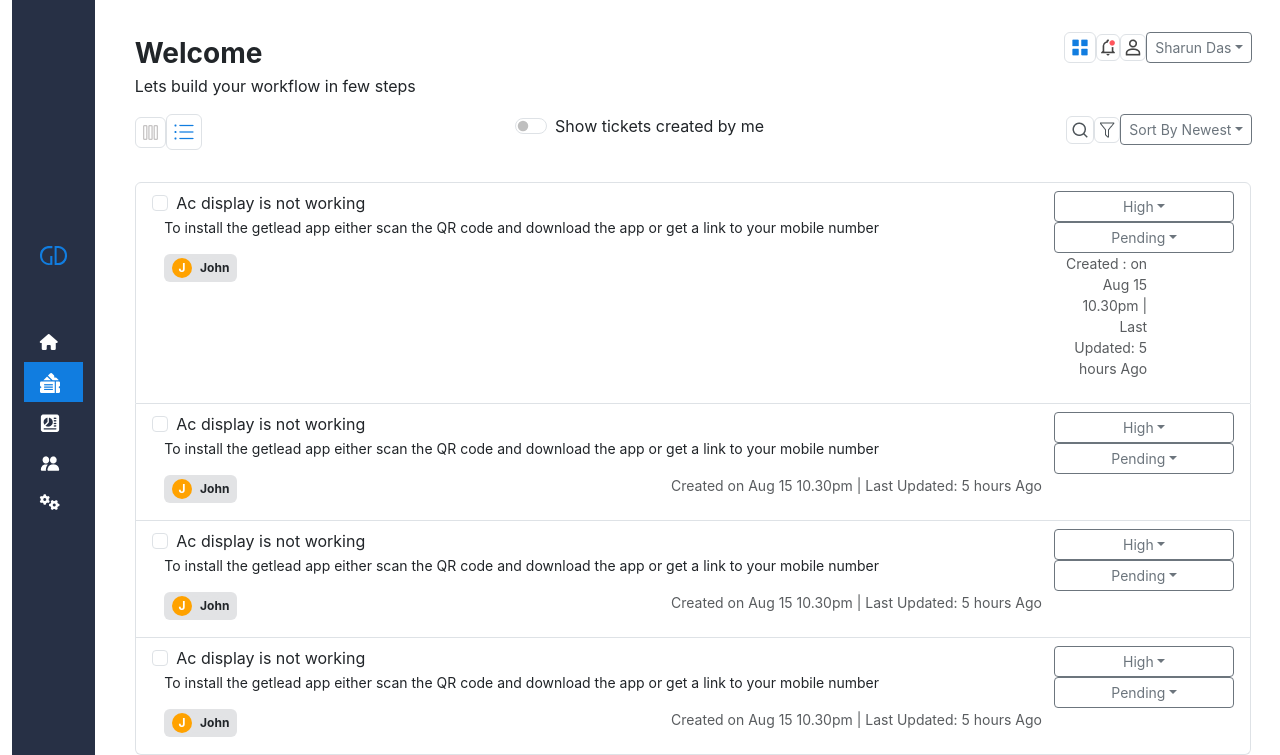
Repository: rishikarajeev/GL_HelpDesk
Page: /showtickets
The author's editor kept a copy of each file at every save. The page is drawn from the files as they stood at one save, then again after a run of saves.
The browser window is 1280 px wide. The pictures show the whole page.
The project was rebuilt for these pictures with package versions that can differ from the ones it lists, and the page was loaded fresh each time. Also part of the build but not shown: src/App.css, src/Pages/HomePage.jsx.

Above is the page before, as saved 2024-01-09 14:53:36.

### public/index.html
<!DOCTYPE html>
<html lang="en">
  <head>
    <meta charset="utf-8" />
    <link rel="icon" href="%PUBLIC_URL%/favicon.ico" />
    <meta name="viewport" content="width=device-width, initial-scale=1" />
    <meta name="theme-color" content="#000000" />
    <meta
      name="description"
      content="Web site created using create-react-app"
    />
    <link rel="apple-touch-icon" href="%PUBLIC_URL%/logo192.png" />
    <link href="https://cdn.jsdelivr.net/npm/bootstrap@5.3.2/dist/css/bootstrap.min.css" rel="stylesheet" integrity="sha384-T3c6CoIi6uLrA9TneNEoa7RxnatzjcDSCmG1MXxSR1GAsXEV/Dwwykc2MPK8M2HN" crossorigin="anonymous">
   <script src="https://cdn.jsdelivr.net/npm/bootstrap@5.3.2/dist/js/bootstrap.bundle.min.js" integrity="sha384-C6RzsynM9kWDrMNeT87bh95OGNyZPhcTNXj1NW7RuBCsyN/o0jlpcV8Qyq46cDfL" crossorigin="anonymous"></script>

   <!--
      manifest.json provides metadata used when your web app is installed on a
      user's mobile device or desktop. See https://developers.google.com/web/fundamentals/web-app-manifest/
    -->
    <link rel="manifest" href="%PUBLIC_URL%/manifest.json" />
    <!--
      Notice the use of %PUBLIC_URL% in the tags above.
      It will be replaced with the URL of the `public` folder during the build.
      Only files inside the `public` folder can be referenced from the HTML.

      Unlike "/favicon.ico" or "favicon.ico", "%PUBLIC_URL%/favicon.ico" will
      work correctly both with client-side routing and a non-root public URL.
      Learn how to configure a non-root public URL by running `npm run build`.
    -->
    <title>React App</title>
  </head>
  <body>
    <noscript>You need to enable JavaScript to run this app.</noscript>
    <div id="root"></div>
    <!--
      This HTML file is a template.
      If you open it directly in the browser, you will see an empty page.

      You can add webfonts, meta tags, or analytics to this file.
      The build step will place the bundled scripts into the <body> tag.

      To begin the development, run `npm start` or `yarn start`.
      To create a production bundle, use `npm run build` or `yarn build`.
    -->
  </body>
</html>

### src/index.js
import React from "react";
import ReactDOM from "react-dom/client";
import "./index.css";
import App from "./App";
import reportWebVitals from "./reportWebVitals";


const root = ReactDOM.createRoot(document.getElementById("root"));
root.render(<App />);

// If you want to start measuring performance in your app, pass a function
// to log results (for example: reportWebVitals(console.log))
// or send to an analytics endpoint. Learn more: https://bit.ly/CRA-vitals
reportWebVitals();

### src/App.js
import logo from "./logo.svg";
import "./App.css";

import { BrowserRouter,Route,Routes } from "react-router-dom";
import ViewTickets from "./Pages/ViewTickets";
import HomePage from "./Pages/HomePage";
import SideBar from "./Components/SideBar";
import { Container, Row, Col } from "react-bootstrap";
import Header from "./Components/Header";


function App() {
  return (
    <BrowserRouter>
<Container fluid>
     <Row>
          <Col xl={1} >
            <SideBar />
            </Col>
            <Col xl={11}>
            <Header/>
            <Routes>
              <Route path="/" element={<HomePage />}></Route>
              <Route path="/showtickets" element={<ViewTickets />}></Route>
            </Routes>
            </Col>



         </Row>
       </Container>


    </BrowserRouter>
  );
}

export default App;

### src/Pages/ViewTickets.jsx
import React from "react";

import "../Assets/Css/Styles.css";
import UserBadge from "../Components/UserBadge";
import Header from "../Components/Header";

function ViewTickets() {
  const userName = "John";

  return (

    <div className="container bg-white ">

    <ol className="list-group">
      <li className="list-group-item d-flex justify-content-between align-items-start">
        <div className="container">
          <div className="row">
            <div className="col-10">
              <div className="row">
                <div className="form-check">
                  <input
                    className="form-check-input"
                    type="checkbox"
                    value=""
                    id="flexCheckDefault"
                  />
                  <label className="form-check-label" htmlFor="flexCheckDefault">
                    Ac display is not working
                  </label>
                </div>
              </div>
              <div className="row">
                <p className="small text-wrap">
                  To install the getlead app either scan the QR code and
                  download the app or get a link to your mobile number
                </p>
              </div>
              <div className="row">
                <div className="col-5">
                  <UserBadge name={userName} />
                </div>

              </div>
            </div>
            <div className="col-2">
              <div className="row">
                <button
                  className="btn btn-outline-secondary btn-sm dropdown-toggle"
                  type="button"
                  data-bs-toggle="dropdown"
                  aria-expanded="false"
                >
                  High
                </button>

                <button
                  className="btn btn-outline-secondary btn-sm dropdown-toggle"
                  type="button"
                  data-bs-toggle="dropdown"
                  aria-expanded="false"
                >
                  Pending
                </button>
                <div className="col-7 text-end">
                  <p className="text-muted small">
                    Created : on Aug 15 10.30pm | Last Updated: 5 hours Ago
                  </p>
                </div>
              </div>
            </div>
          </div>
        </div>
      </li>
      <li className="list-group-item d-flex justify-content-between align-items-start">
        <div className="container">
          <div className="row">
            <div className="col-10">
              <div className="row">
                <div className="form-check">
                  <input
                    className="form-check-input"
                    type="checkbox"
                    value=""
                    id="flexCheckDefault"
                  />
                  <label className="form-check-label" htmlFor="flexCheckDefault">
                    Ac display is not working
                  </label>
                </div>
              </div>
              <div className="row">
                <p className="small text-wrap">
                  To install the getlead app either scan the QR code and
                  download the app or get a link to your mobile number
                </p>
              </div>
              <div className="row">
                <div className="col-5">
                  <UserBadge name={userName} />
                </div>
                <div className="col-7 text-end">
                  <p className="text-muted small">
                    Created on Aug 15 10.30pm | Last Updated: 5 hours Ago
                  </p>
                </div>
              </div>
            </div>
            <div className="col-2">
              <div className="row">
                <button
                  className="btn btn-outline-secondary btn-sm dropdown-toggle w-100"
                  type="button"
                  data-bs-toggle="dropdown"
                  aria-expanded="false"
                >
                  High
                </button>

                <button
                  className="btn btn-outline-secondary btn-sm dropdown-toggle w-100"
                  type="button"
                  data-bs-toggle="dropdown"
                  aria-expanded="false"
                >
                  Pending
                </button>
              </div>
            </div>
          </div>
        </div>
      </li>
      <li className="list-group-item d-flex justify-content-between align-items-start">
        <div className="container">
          <div className="row">
            <div className="col-10">
              <div className="row">
                <div className="form-check">
                  <input
                    className="form-check-input"
                    type="checkbox"
                    value=""
                    id="flexCheckDefault"
                  />
                  <label className="form-check-label" htmlFor="flexCheckDefault">
                    Ac display is not working
                  </label>
                </div>
              </div>
              <div className="row">
                <p className="small text-wrap">
                  To install the getlead app either scan the QR code and
                  download the app or get a link to your mobile number
                </p>
              </div>
              <div className="row">
                <div className="col-5">
                  <UserBadge name={userName} />
                </div>
                <div className="col-7 text-end">
                  <p className="text-muted small">
                    Created on Aug 15 10.30pm | Last Updated: 5 hours Ago
                  </p>
                </div>
              </div>
            </div>
            <div className="col-2">
              <div className="row">
                <button
                  className="btn btn-outline-secondary btn-sm dropdown-toggle"
                  type="button"
                  data-bs-toggle="dropdown"
                  aria-expanded="false"
                >
                  High
                </button>

                <button
                  className="btn btn-outline-secondary btn-sm dropdown-toggle"
                  type="button"
                  data-bs-toggle="dropdown"
                  aria-expanded="false"
                >
                  Pending
                </button>
              </div>
            </div>
          </div>
        </div>
      </li>
      <li className="list-group-item d-flex justify-content-between align-items-start">
        <div className="container">
          <div className="row">
            <div className="col-10">
              <div className="row">
                <div className="form-check">
                  <input
                    className="form-check-input"
                    type="checkbox"
                    value=""
                    id="flexCheckDefault"
                  />
                  <label className="form-check-label" htmlFor="flexCheckDefault">
                    Ac display is not working
                  </label>
                </div>
              </div>
              <div className="row">
                <p className="small text-wrap">
                  To install the getlead app either scan the QR code and
                  download the app or get a link to your mobile number
                </p>
              </div>
              <div className="row">
                <div className="col-5">
                  <UserBadge name={userName} />
                </div>
                <div className="col-7 text-end">
                  <p className="text-muted small">
                    Created on Aug 15 10.30pm | Last Updated: 5 hours Ago
                  </p>
                </div>
              </div>
            </div>
            <div className="col-2">
              <div className="row">
                <button
                  className="btn btn-outline-secondary btn-sm dropdown-toggle"
                  type="button"
                  data-bs-toggle="dropdown"
                  aria-expanded="false"
                >
                  High
                </button>

                <button
                  className="btn btn-outline-secondary btn-sm dropdown-toggle"
                  type="button"
                  data-bs-toggle="dropdown"
                  aria-expanded="false"
                >
                  Pending
                </button>
              </div>
            </div>
          </div>
        </div>
      </li>
    </ol>
  </div>

  );
}

export default ViewTickets;

### src/Components/SideBar.jsx
import React from "react";

import "@fortawesome/fontawesome-free/css/all.min.css";
import ticketIcon from "../Assets//Images/Layer_1.png";
import logo from "../Assets//Images/logo.png";
import profile from "../Assets//Images/profile_icon.png";
import filemanagr from "../Assets//Images/Frame.png";
import "../Assets/Css/Styles.css";

function SideBar() {
  return (
    <nav class="navbar navbar-expand-lg navbar-dark sideBg  d-flex flex-column h-100 ">
      <button
        class="navbar-toggler"
        type="button"
        data-toggle="collapse"
        data-target="#sidebar"
        aria-controls="sidebar"
        aria-expanded="false"
        aria-label="Toggle navigation"
      >
        <span class="navbar-toggler-icon"></span>
      </button>

      <div class="collapse navbar-collapse" id="sidebar">

        <ul class="nav  flex-column " >
        <li class="nav-item mb-5 ">
            <a class="nav-link active" href="/">
            <img src={logo} alt="Home Icon" className="icon" />
            </a>
          </li>
          <li class="nav-item">
            <a class="nav-link active text-white" href="/">
              <i class="fas fa-home"></i>
            </a>
          </li>
          <li class="nav-item  selectedColor">
            <a className="nav-link active" href="/showtickets">
              <img src={ticketIcon} alt="Home Icon" className="icon" />
            </a>
          </li>
          <li class="nav-item  ">
            <a className="nav-link active" href="#">
              <img src={filemanagr} alt="Home Icon" className="icon" />
            </a>
          </li>
          <li class="nav-item  ">
            <a className="nav-link active" href="#">
              <img src={profile} alt="Home Icon" className="icon" />
            </a>
          </li>
          <li class="nav-item ">
            <a class="nav-link text-white" href="#">
              <i class="fas fa-cogs"></i>
            </a>
          </li>

        </ul>
      </div>
    </nav>
  );
}

export default SideBar;

### src/Components/Header.jsx
import React from "react";
import column_icon from "../Assets/Images/fluent_column-triple-20-regular.png";
import list_icon from "../Assets/Images/ph_list-bullets-light.png";
import search_icon from "../Assets/Images/ri_search-line.png";
import menu_icon from "../Assets/Images/ep_menu.png";
import filter_icon from "../Assets/Images/cil_filter.png";
import notificatn_icon from "../Assets/Images/Group 10.png";
import user_icon from "../Assets/Images/ooui_user-avatar-outline.png";
import { Container, Row, Col, Navbar, Nav } from "react-bootstrap";

function Header() {
  return (
    <Container fluid className="p-3">
      <Row className=" justify-content-end mt-3 mb-3" >
        <Col sm={8}>
          <Row>
            <a class="navbar-brand fs-3 fw-bolder" href="#">
              Welcome{" "}
            </a>
          </Row>
          <Row>
            <span>Lets build your workflow in few steps</span>
          </Row>
        </Col>

        <Col sm={4}  className="text-end">
          <img src={menu_icon} alt="Local Icon" className="img-thumbnail" />
          <img
            src={notificatn_icon}
            alt="Local Icon"
            className="img-thumbnail"
          />
          <img src={user_icon} alt="Local Icon" className="img-thumbnail" />
          <button
            class="btn btn-outline-secondary btn-sm dropdown-toggle "
            type="button"
            data-bs-toggle="dropdown"
            aria-expanded="false"
          >
            Sharun Das
          </button>
        </Col>
      </Row>

      <Row className=" mt-3 mb-3">
        <Col>
          <img src={column_icon} alt="Local Icon" className="img-thumbnail" />

          <img src={list_icon} className="img-thumbnail" />
        </Col>
        <Col>
          <div class="form-check form-switch">
            <label class="form-check-label" for="flexSwitchCheckDefault">
              Show tickets created by me
            </label>

            <input
              class="form-check-input"
              type="checkbox"
              role="switch"
              id="flexSwitchCheckDefault"
            />
          </div>
        </Col>
        <Col className="text-end">
          <img src={search_icon} alt="Local Icon" className="img-thumbnail" />
          <img src={filter_icon} alt="Local Icon" className="img-thumbnail" />
          <button
            class="btn btn-outline-secondary btn-sm dropdown-toggle "
            type="button"
            data-bs-toggle="dropdown"
            aria-expanded="false"
          >
            Sort By Newest
          </button>
        </Col>
      </Row>
    </Container>
  );
}

export default Header;

### src/Assets/Css/Styles.css
.sideBg{
    background-color:  #273045;
    padding: 3;
}
.selectedColor{
    background-color:  #117DE0;

}
.bgColor{
    background-color:  #EFEFEF;

}


  .circle-icon {
    width: 20px;
    height: 20px;
    border-radius: 50%;
    background-color: #ffa200; /* Choose your desired background color */
    display: flex;
    align-items: center;
    justify-content: center;
    color: #fff; /* Choose your desired text color */
  }
  .close-icon {
    position: absolute;
    color:black;
    top: 50%;
    left: 50%;
    transform: translate(-50%, -50%);
  }

### src/Components/UserBadge.jsx
// UserBadge.js
import React from 'react';
import { Badge } from 'react-bootstrap';
import "../Assets/Css/Styles.css"



const UserBadge = ({ name }) => {
  const initials = name
    .split(' ')
    .map((word) => word[0])
    .join('');

  return (
    <div>
      <Badge bg="secondary-subtle ">
      <div className="rounded-circle bg-secondary-subtle text-dark d-flex align-items-center justify-content-center">

        <div className="circle-icon"> <span >{initials} </span> </div>
        <span className="ms-2">{name} </span>


        </div>
      </Badge>


    </div>
  );
};

export default UserBadge;

Loaded but not shown: src/index.css (common file); src/reportWebVitals.js (common file)

After the next 2 saves:
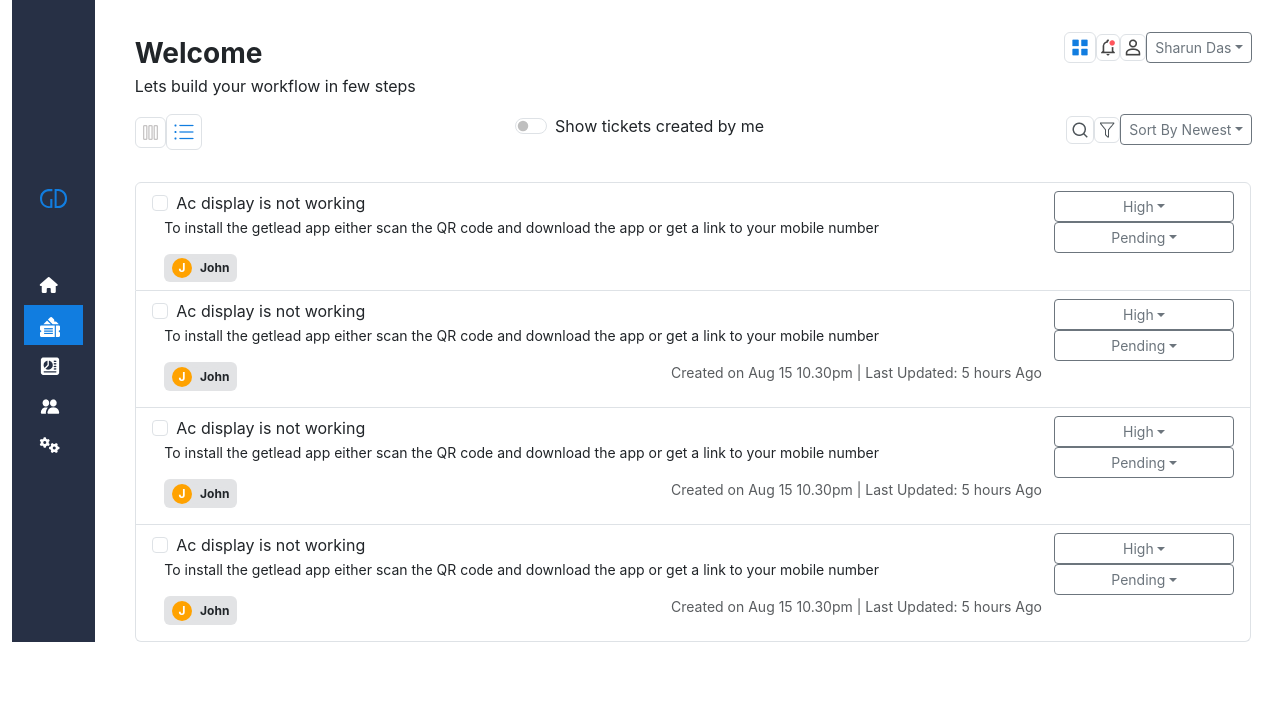
The 2 saves are shown as one change because they came seconds apart.
The last was saved 81 s later.
--- a/src/Pages/ViewTickets.jsx
+++ b/src/Pages/ViewTickets.jsx
@@ -61,11 +61,6 @@ function ViewTickets() {
                 >
                   Pending
                 </button>
-                <div className="col-7 text-end">
-                  <p className="text-muted small">
-                    Created : on Aug 15 10.30pm | Last Updated: 5 hours Ago
-                  </p>
-                </div>
               </div>
             </div>
           </div>
